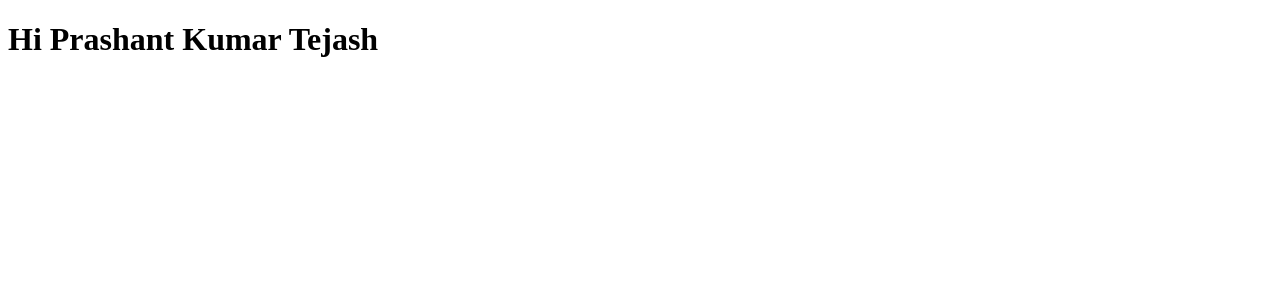
Repository: prashantkumarbind/Hospital-Weather-Concept
Page: weather-app/src/main/webapp/index.html
An editor plug-in stored every save of this project. The page is shown before and after the next save, followed by the edit.
The browser window is 1280 px wide. The pictures show the whole page.

Above is the page before, as saved 2024-01-19 03:14:52.

After the next save:
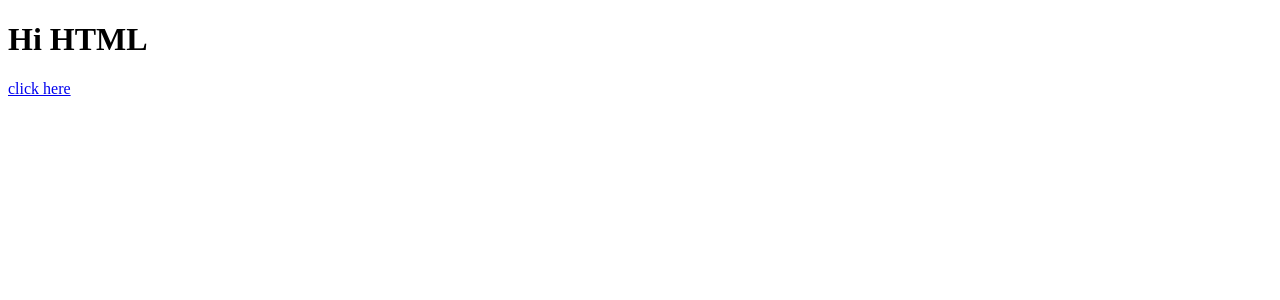
Saved 45 s later.
--- a/weather-app/src/main/webapp/index.html
+++ b/weather-app/src/main/webapp/index.html
@@ -5,6 +5,7 @@
 <title>Insert title here</title>
 </head>
 <body>
-		<h1>Hi Prashant Kumar Tejash</h1>
+		<h1>Hi HTML</h1>
+		<a href="index.jsp">click here</a>
 </body>
 </html>
